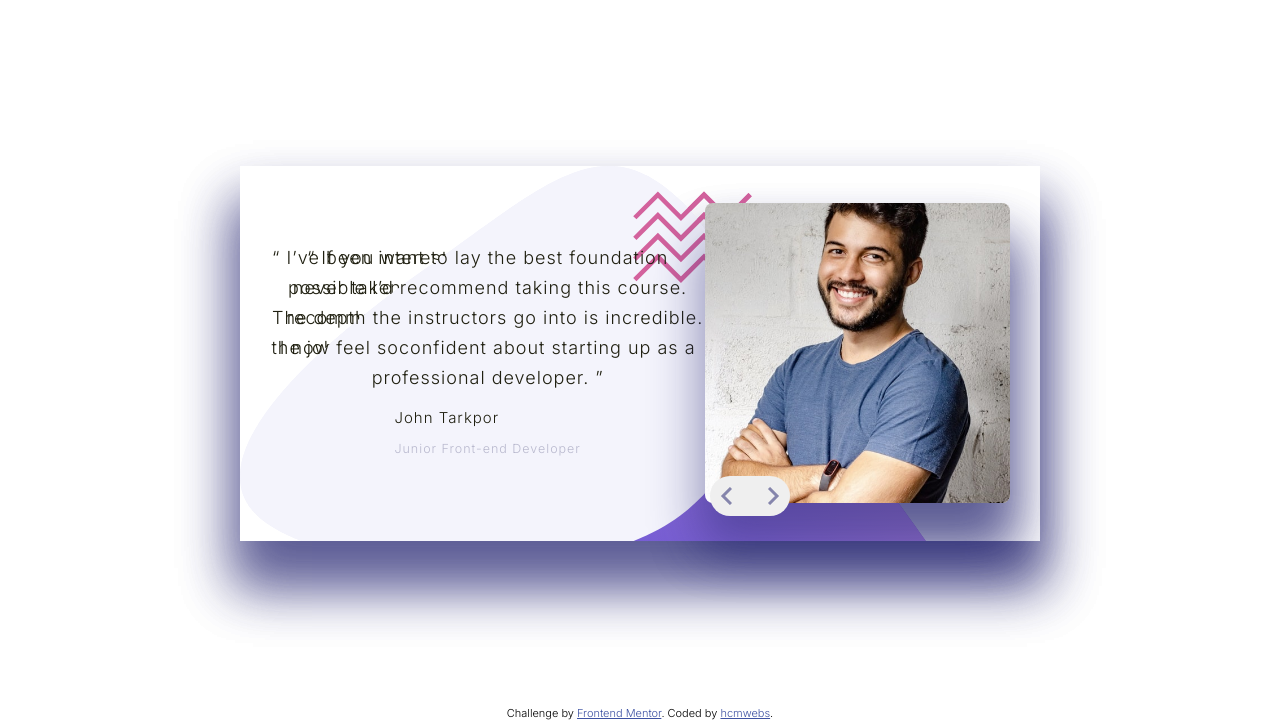
Repository: Hcmwebs/Coding-Bootcamp-Testimonials
Page: index.html
An editor plug-in stored every save of this project. The page is shown before and after the next save, followed by the edit.
The browser window is 1280 px wide. The pictures show the whole page.
The style sheet was rebuilt from its Sass, Less or Tailwind sources for each picture, by a compiler version that may differ from the author's.

Above is the page before, as saved 2020-10-31 07:20:53.

After the next save:
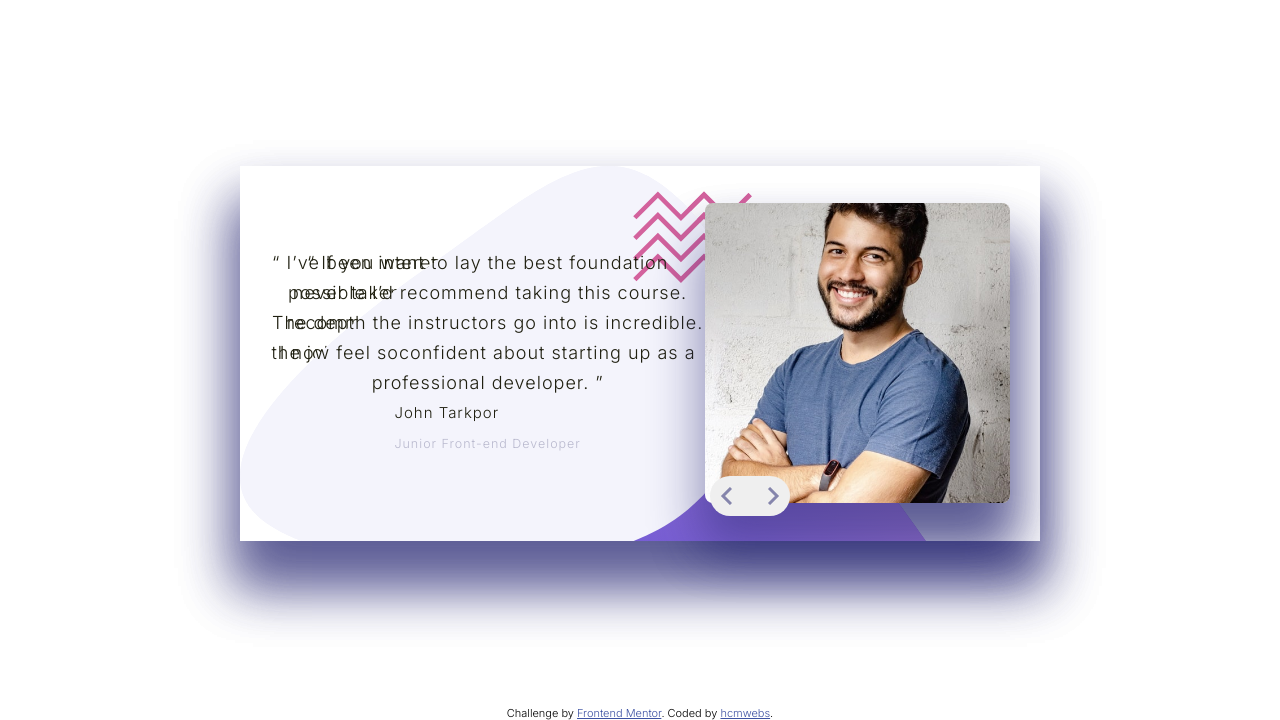
Saved 26 s later.
--- a/scss/main.scss
+++ b/scss/main.scss
@@ -99,7 +99,6 @@ body{
     margin:20px 0;
     @include flexCenter;
     flex-direction: column;
-    gap: 10px;
     line-height: 30px;
     letter-spacing: 1.0px;
 
